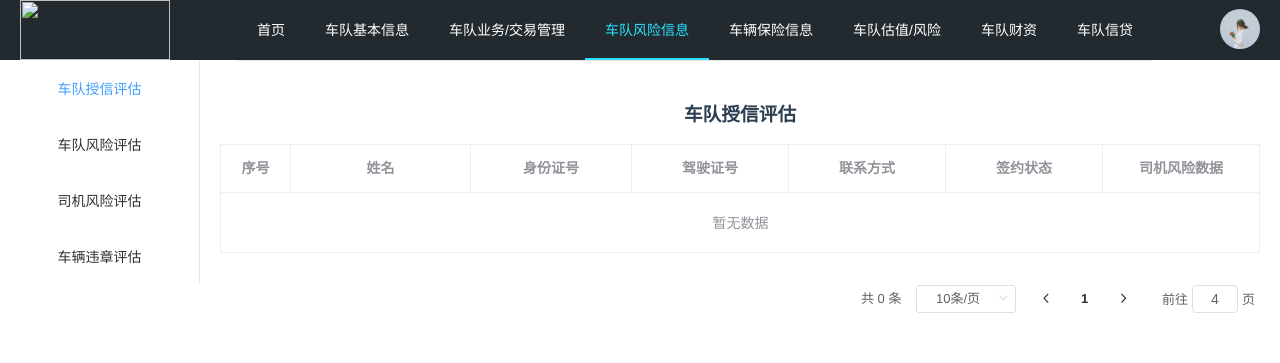
Repository: TheWomanLiketheWind/woodpecker
Page: /
The author's editor kept a copy of each file at every save. The page is drawn from the files as they stood at one save, then again after the next save.
The browser window is 1280 px wide. The pictures show the whole page.
The project was rebuilt for these pictures with package versions that can differ from the ones it lists, and the page was loaded fresh each time. Also part of the build but not shown: src/views/menuThird.vue.

Above is the page before, as saved 2019-07-25 21:11:54.

### public/index.html
<!DOCTYPE html>
<html lang="en">
  <head>
    <meta charset="utf-8">
    <meta http-equiv="X-UA-Compatible" content="IE=edge">
    <meta name="viewport" content="width=device-width,initial-scale=1.0">
    <link rel="icon" href="<%= BASE_URL %>favicon.ico">
    <title>woodpecker</title>
  </head>
  <body>
    <noscript>
      <strong>We're sorry but woodpecker doesn't work properly without JavaScript enabled. Please enable it to continue.</strong>
    </noscript>
    <div id="app"></div>
    <!-- built files will be auto injected -->
  </body>
</html>

### src/App.vue
<template>
  <div id="app">
    <router-view />
  </div>
</template>

<style lang="scss">
#app {
  font-family: "Avenir", Helvetica, Arial, sans-serif;
  -webkit-font-smoothing: antialiased;
  -moz-osx-font-smoothing: grayscale;
  text-align: center;
  color: #2c3e50;
  .el-header {
    display: flex;
    justify-content: space-between;
    align-items: center;
  }
}
#nav {
  padding: 30px;
  a {
    font-weight: bold;
    color: #2c3e50;
    &.router-link-exact-active {
      color: #42b983;
    }
  }
}
body {
  margin: 0;
}
</style>

### src/router.ts
import Vue from 'vue'
import Router from 'vue-router'
import Home from './views/Home.vue'
Vue.use(Router)

export default new Router({
  mode: 'history',
  base: process.env.BASE_URL,
  routes: [
    {
      path: '/',
      name: 'home',
      component: Home,
      children: [
        {
          path: '/',
          name: 'menuSecond',
          children: [
            {
              path: '/',
              name: 'menuThird',
              component: () =>
                import(/* webpackChunkName: "about" */ './views/menuThird.vue')
            }
          ],
          component: () =>
            import(/* webpackChunkName: "about" */ './views/menuSecond.vue')
        }
      ]
    }
  ]
})

### src/views/Home.vue
<template>
  <el-container>
    <el-header class="headerAll">
      <img src=""
           class="headImage">
      <el-menu :default-active="activeIndex"
               class="el-menu-demo"
               mode="horizontal"
               background-color="#222a30"
               text-color="#fff"
               active-text-color="#29e2fe"
               @select="handleSelect">
        <el-menu-item v-for="(item, index) in menuList"
                      :key="index"
                      :index="item.index"
                      v-on:listenToChildEvent="menuClick">{{item.name}}</el-menu-item>
      </el-menu>

      <el-dropdown>
        <img src="../assets/headImage.jpg"
             class="drophead" />
        <el-dropdown-menu slot="dropdown">
          <el-dropdown-item>个人信息</el-dropdown-item>
          <el-dropdown-item>退出</el-dropdown-item>
        </el-dropdown-menu>
      </el-dropdown>
    </el-header>
    <!-- <router-link to="/menuSecond">点击跳转</router-link> -->
    <router-view />
  </el-container>
</template>

<script lang="ts">
import { Component, Vue } from "vue-property-decorator";

@Component({
  components: {}
})
export default class Home extends Vue {
  data() {
    return {
      activeIndex: "4",
      menuList: [
        {
          name: "首页",
          index: "1",
          link: ""
        },
        {
          name: "车队基本信息",
          index: "2",
          link: ""
        },
        {
          name: "车队业务/交易管理",
          index: "3",
          link: ""
        },
        {
          name: "车队风险信息",
          index: "4",
          link: ""
        },
        {
          name: "车辆保险信息",
          index: "5",
          link: ""
        },
        {
          name: "车队估值/风险",
          index: "6",
          link: ""
        },
        {
          name: "车队财资",
          index: "7",
          link: ""
        },
        {
          name: "车队信贷",
          index: "8",
          link: ""
        }
      ]
    };
  }

  private handleSelect(key: any, keyPath: any) {
    console.log(key, keyPath);
  }

  menuClick(data: any) {
    this.$router.push(data);
  }
}
</script>

<style lang="scss">
.headerAll {
  background: #222a30;
  .headImage {
    width: 150px;
    height: 100%;
    border: 0;
  }
  .drophead {
    width: 40px;
    height: 40px;
    border-radius: 50%;
  }
}
</style>

### src/views/menuSecond.vue
<template>
  <el-container>

    <el-aside width="200px">
      <el-menu :default-active="defaultActive"
               class="el-menu-vertical-demo"
               @select="handleSelect">
        <el-menu-item v-for="(item, index) in filesList.navigeList"
                      :key="index"
                      :index="item.index">
          <span slot="title">{{item.name}}</span>
        </el-menu-item>
      </el-menu>
    </el-aside>
    <el-main>
      <h3>{{filesList.navigeList[this.selectIndex].name}}</h3>
      <el-table :data="tableData"
                border
                stripe
                style="width: 100%">
        <el-table-column type="index"
                         label="序号"
                         width="70"
                         align="center">
        </el-table-column>
        <el-table-column prop="name"
                         label="姓名"
                         width="180"
                         align="center" />
        <el-table-column prop="cardId"
                         label="身份证号"
                         align="center" />
        <el-table-column prop="driveId"
                         label="驾驶证号"
                         align="center" />
        <el-table-column prop="tel"
                         label="联系方式"
                         align="center" />
        <el-table-column prop="signType"
                         label="签约状态"
                         align="center" />
        <el-table-column label="司机风险数据"
                         align="center">
          <template>
            <el-button type="text">需签约</el-button>
            <el-button type="text">查看</el-button>
          </template>
        </el-table-column>
      </el-table>
      <el-pagination @size-change="handleSizeChange"
                     @current-change="handleCurrentChange"
                     :current-page="currentPage4"
                     :page-sizes="[10, 20, 50, 100]"
                     :page-size="10"
                     layout="total, sizes, prev, pager, next, jumper"
                     :total="tableData.length">
      </el-pagination>
    </el-main>
  </el-container>

</template>

<script lang="ts">
import Vue from "vue";
import files from "../jsonFile";

export default Vue.extend({
  data() {
    return {
      filesList: files,
      selectIndex: 0,
      defaultActive: "1",
      currentPage4: 4,
      tableData: [],
      tableObject: {
        name: "张三",
        cardId: "110430198801180456",
        driveId: "110430198801180456",
        tel: "13811111111",
        signType: 0
      }
    };
  },
  methods: {
    defined() {
      for (let i = 0; i < 30; i++) {
        this.tableData.push(this.tableObject);
      }
    },
    handleSelect(key: String) {
      this.selectIndex = Number(key) - 1;
    },
    handleSizeChange(val: Number) {
      console.log(`每页 ${val} 条`);
    },
    handleCurrentChange(val: Number) {
      console.log(`当前页: ${val}`);
    }
  }
});
</script>


<style lang="scss">
.el-pagination {
  margin-top: 30px;
  float: right;
}
</style>

### src/jsonFile.ts
const fileObject = {
  navigeList: [
    {
      name: '车队授信评估',
      index: '1'
    },
    {
      name: '车队风险评估',
      index: '2'
    },
    {
      name: '司机风险评估',
      index: '3'
    },
    {
      name: '车辆违章评估',
      index: '4'
    }
  ]
}

export default fileObject

Loaded but not shown: src/main.ts (common file); src/store.ts (common file)

After the next save:
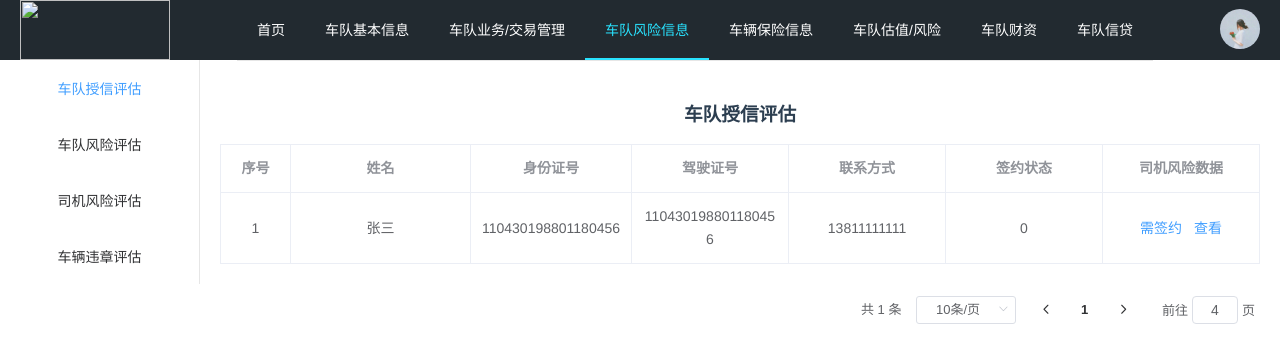
Saved 58 s later.
--- a/src/views/menuSecond.vue
+++ b/src/views/menuSecond.vue
@@ -71,7 +71,15 @@ export default Vue.extend({
       selectIndex: 0,
       defaultActive: "1",
       currentPage4: 4,
-      tableData: [],
+      tableData: [
+        {
+          name: "张三",
+          cardId: "110430198801180456",
+          driveId: "110430198801180456",
+          tel: "13811111111",
+          signType: 0
+        }
+      ],
       tableObject: {
         name: "张三",
         cardId: "110430198801180456",
